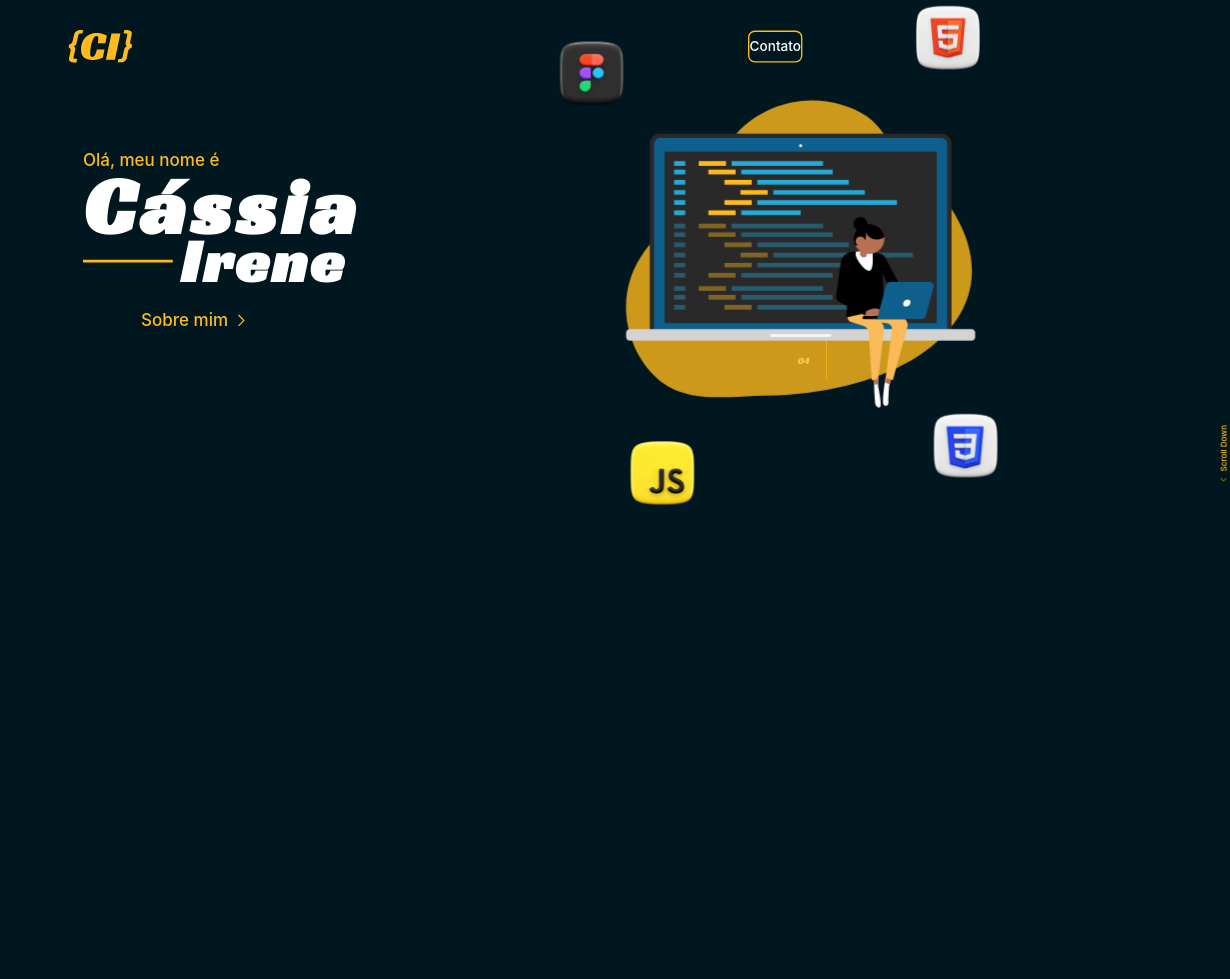
Repository: Cassia-Irene/My-Portfolio
Page: /
An editor plug-in stored every save of this project. The page is shown before and after the next save, followed by the edit.
The browser window is 1280 px wide. The page is 1809 px wide, so the pictures cover 1809 px, including what lies to the right of the window. The pictures show the whole page, at 68% of full size.
The project was rebuilt for these pictures with package versions that can differ from the ones it lists, and the page was loaded fresh each time. Also part of the build but not shown: vite.config.ts.

Above is the page before, as saved 2025-08-03 21:59:31.

### index.html
<!doctype html>
<html lang="en">
  <head>
    <meta charset="UTF-8" />
    <link rel="icon" type="image/svg+xml" href="./src/assets/logo.svg" />
    <meta name="viewport" content="width=device-width, initial-scale=1.0" />
    <link rel="preconnect" href="https://fonts.googleapis.com">
    <link rel="preconnect" href="https://fonts.gstatic.com" crossorigin>
    <link href="https://fonts.googleapis.com/css2?family=Racing+Sans+One&display=swap" rel="stylesheet">
    <title>Cássia Nascimento</title>
  </head>
  <body>
    <div id="root"></div>
    <script type="module" src="/src/main.tsx"></script>
  </body>
</html>

### src/index.css
* {
  padding: 0;
  margin: 0;
}

body {
  margin: 0;
  display: flex;
  place-items: center;
  min-width: 320px;
  min-height: 100vh;
}

body {
  background-color: #00171F;
}

### src/App.tsx
import React from "react";
import GlobalStyle from './GlobalStyle';
import Header from './Header';
import Hero from './Hero';
import SidebarNavigation from "./SidebarNavigation";
import SobreMim from './SobreMim';

const App: React.FC = () => {

  return (
    <>
    <SidebarNavigation />
      <GlobalStyle />
      <Header />
      <Hero />
      <SobreMim />
    </>
  );
};

export default App;

### src/GlobalStyle.ts
import { createGlobalStyle } from 'styled-components';

const GlobalStyle = createGlobalStyle`
  * {
    box-sizing: border-box;
  }

  body {
    margin: 0;
    padding: 0;
    overflow-x: hidden;
  }
  ::-webkit-scrollbar {
    width: 8px;
  }

`;

export default GlobalStyle;

### src/Header.tsx
import styled from "styled-components";

const HeaderContainer = styled.header`
    width: 100%;
    position: fixed;
    top: 30px;
    display: flex;
    justify-content: space-between;
    align-items: center;
    padding: 0 100px;
}
`;

const Logo = styled.img`
    width: 95px;
    height: 76px;
`;

const ContatoButton = styled.button`
dis
    width: 133px;
    height: 47px;
    border: solid 2px #FFBB1B;
    border-radius: 10px;
    background-color: transparent;
    color: #FFFFFF;
    font-family: 'Inter', sans-serif;
    font-weight: 500;
    font-size: 20px;
    cursor: pointer;
    transition: all 0.3s ease-out;

    &:hover {
        background-color: #FFBB1B;
        font-weight: 500;
    }

`;

const Header = () => {
  return (
    <HeaderContainer>
        <Logo src="/src/assets/logo.svg" alt="Logo" />
      <ContatoButton>Contato</ContatoButton>
    </HeaderContainer>
  );
};

export default Header;

### src/Hero.tsx
import styled from "styled-components";

import centralImg from "./assets/svg_central.svg";
import img1 from "./assets/svg_figma.svg";
import img2 from "./assets/svg_html.svg";
import img3 from "./assets/svg_js.svg";
import img4 from "./assets/svg_css.svg";
import ArrowRight from "./assets/svg_seta_hero_sobre-mim.svg";
import ArrowDown from "./assets/svg_seta-down.svg";

const HeroSection = styled.section`
  height: 100vh;
  display: flex;
  justify-content: space-between;
  align-items: center;
  padding: 0 122px;
  position: relative;
  gap: 107px;
`;

const Left = styled.div`
  display: flex;
  flex-direction: column;
`;

const Intro = styled.p`
  font-family: "Inter", sans-serif;
  font-size: 25px;
  font-weight: 500;
  color: #FFBB1B;
`;

const Name = styled.h1`
  font-size: 120px;
  font-family: "Racing Sans One", sans-serif;
  color: #FFFFFF;
  margin-top: -23px;
  letter-spacing: 8px;
`;

const IreneWrapper = styled.div`
  display: flex;
  align-items: center;
  gap: 11px;
  margin-top: -51px;
`;

const Rectangle = styled.div`
  width: 132.02px;
  height: 4px;
  background-color: #ffbb1b;
`;

const Irene = styled.h2`
  font-size: 90px;
  font-family: "Racing Sans One", sans-serif;
  color: #FFFFFF;
  letter-spacing: 4px;
`;

const AboutArrowIcon = styled.img`
  transition: transform 0.4s ease-in-out;
`;

const AboutButton = styled.button`
  display: flex;
  position: relative;
  left: 16%;
  align-items: center;
  background: transparent;
  padding: 10px 20px;
  cursor: pointer;
  border: none;
  font-family: "Inter", sans-serif;
  font-size: 25px;
  font-weight: 500;
  color: #ffbb1b;


  &:hover ${AboutArrowIcon} {
    transform: rotate(90deg);
  }
`;

const Right = styled.div`
  position: relative;
  width: 520px;
  height: 400px;
`;

const FloatingImg = styled.img<{ top?: string; left?: string; right?: string; bottom?: string }>`
  position: absolute;
  width: 100px;
  animation: float 4s ease-in-out infinite;
  ${({ top, left, right, bottom }) => `
    top: ${top || "auto"};
    left: ${left || "auto"};
    right: ${right || "auto"};
    bottom: ${bottom || "auto"};
  `}

  @keyframes float {
    0%, 100% {
      transform: translateY(0px);
    }
    50% {
      transform: translateY(-15px);
    }
  }
`;

const CentralImg = styled.img`
  width: 550px;
  height: 535.96px;
  position: absolute;
  top: -10%;
  left: 50%;
  transform: translate(-50%, -50%);
  animation: float 5s ease-in-out infinite;
`;

const ScrollDown = styled.button`
  position: absolute;
  bottom: 85px;
  left: 137%;
  transform: translateX(-50%);
  background: none;
  border: none;
  cursor: pointer;
  display: flex;
  align-items: center;
  gap: 2px;
  font-family: "Inter", sans-serif;
  font-size: 12px;
  font-weight: 500;
  white-space: nowrap;
  color: #ffbb1b;
  rotate: 270deg;

  img {
    width: 20px;
    height: 20px;
    rotate: 90deg;
    }

  &:hover img {
    transform: translateY(5px);
    transition: 0.3s ease;
  }
`;

const Hero = () => {
  const scrollToNext = () => {
    const nextSection = document.getElementById("next");
    if (nextSection) {
      nextSection.scrollIntoView({ behavior: "smooth" });
    }
  };

  return (
    <HeroSection id="section-00">
      {/* Lado Esquerdo */}
      <Left>
        <Intro>Olá, meu nome é</Intro>
        <Name>Cássia</Name>
        <IreneWrapper>
          <Rectangle />
          <Irene>Irene</Irene>
        </IreneWrapper>
        <AboutButton>
          Sobre mim <AboutArrowIcon src={ArrowRight} alt="Seta para a direita" />
        </AboutButton>
      </Left>

      {/* Lado Direito */}
      <Right>
        <CentralImg src={centralImg} alt="Principal" />
        <FloatingImg src={img1} top="-22%" left="35%" />
        <FloatingImg src={img2} top="-35%" right="-55%" />
        <FloatingImg src={img3} bottom="-50%" left="55%" />
        <FloatingImg src={img4} bottom="-40%" right="-60%" />
      </Right>

      {/* Scroll Down */}
      <ScrollDown onClick={scrollToNext}>
        <img src={ArrowDown} alt="Scroll Down" />
        Scroll Down
      </ScrollDown>
    </HeroSection>
  );
};

export default Hero;

### src/SidebarNavigation.tsx
import { useEffect, useRef, useState } from "react";
import styled from "styled-components";

const sections = ["00", "01", "02", "03", "04"];

const SidebarNavigation = () => {
  const [activeIndex, setActiveIndex] = useState(0);
  const [hoverIndex, setHoverIndex] = useState<number | null>(null);
  const barRef = useRef<HTMLDivElement>(null);

  useEffect(() => {
    const observer = new IntersectionObserver(
      (entries) => {
        entries.forEach((entry) => {
          if (entry.isIntersecting) {
            const index = Number(entry.target.id.split("-")[1]);
            setActiveIndex(index);
          }
        });
      },
      { threshold: 0.6 }
    );

    sections.forEach((_, index) => {
      const el = document.getElementById(`section-${index}`);
      if (el) observer.observe(el);
    });

    return () => observer.disconnect();
  }, []);

  useEffect(() => {
    const heightPerItem = 54; // mesma altura dos dots
    const targetIndex = hoverIndex !== null ? hoverIndex : activeIndex;

    if (barRef.current) {
      barRef.current.style.transform = `translateY(${targetIndex * heightPerItem}px)`;
    }
  }, [activeIndex, hoverIndex]);

  const handleClick = (index: number) => {
    const target = document.getElementById(`section-${index}`);
    if (target) {
      target.scrollIntoView({ behavior: "smooth" });
    }
  };

const SidebarContainer = styled.div`
  position: fixed;
  top: 40%;
  left: 93%;
  width: 50px;
  display: flex;
`;


const DotsWrapper = styled.div`
  display: flex;
  height: 270px;
`;

const Line = styled.div`
  width: 0.5px;
  height: 100%;
  background-color: #FFBB1B;
  z-index: 0;
  position: relative;
  left: 25px;
`;

const ActiveBar = styled.div`
  position: absolute;
  width: 2.5px;
  height: 54px;
  background-color: #ffbb1b;
  transition: transform 0.6s ease-in-out;
  z-index: 1;
  left: 23px;
`;

const Dots = styled.div`
  display: flex;
  flex-direction: column;
  gap: 0px;
  z-index: 2;
  position: relative;
  right: 40px;
`;

const Dot = styled.button<{ isActive: boolean }>`
  width: 40px;
  height: 54px;
  background: none;
  border: none;
  color: #FFFFFF;
  font-size: 14px;
  font-family: "Racing Sans One", sans-serif;
  cursor: pointer;
  display: flex;
  align-items: center;
  justify-content: flex-end;

  &:hover {
    color: #ffbb1b;
`;

  return (
    <SidebarContainer>
      <DotsWrapper>
        <Line />
        <ActiveBar ref={barRef} />
        <Dots>
          {sections.map((label, index) => (
            <Dot
              key={index}
              onClick={() => handleClick(index)}
              onMouseEnter={() => setHoverIndex(index)}
              onMouseLeave={() => setHoverIndex(null)}
              isActive={activeIndex === index}
            >
              {label}
            </Dot>
          ))}
        </Dots>
      </DotsWrapper>
    </SidebarContainer>
  );
};

export default SidebarNavigation;

### src/SobreMim.tsx
import styled from "styled-components";

const SobreMim = styled.section`
  height: 100vh;
  display: flex;
  justify-content: space-between;
  align-items: center;
  padding: 0 122px;
  position: relative;
  gap: 107px;
`;
export default SobreMim;

Loaded but not shown: src/main.tsx (common file)

After the next save:
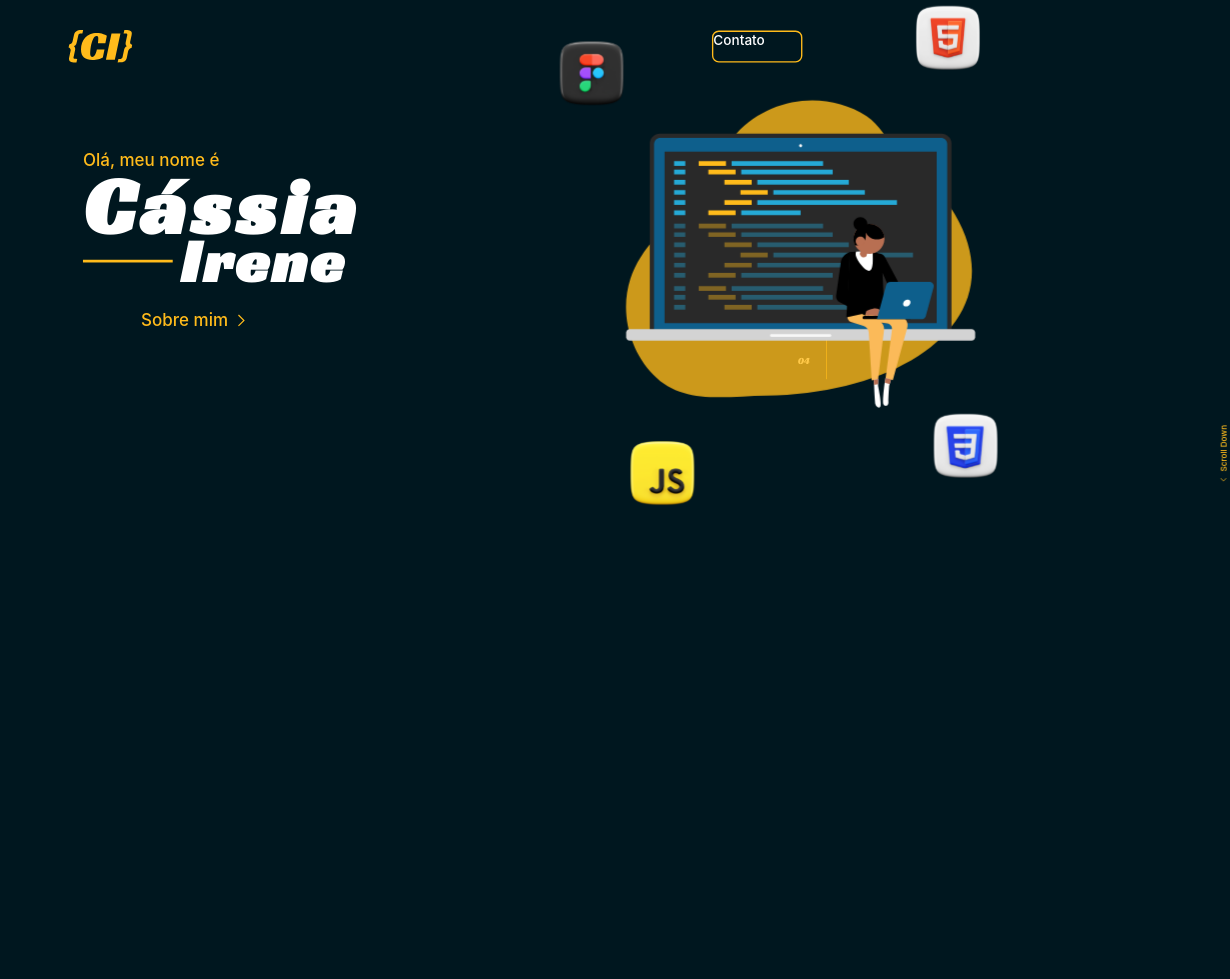
Saved 5 s later.
--- a/src/Header.tsx
+++ b/src/Header.tsx
@@ -17,7 +17,8 @@ const Logo = styled.img`
 `;
 
 const ContatoButton = styled.button`
-dis
+    display: flex;
+
     width: 133px;
     height: 47px;
     border: solid 2px #FFBB1B;
